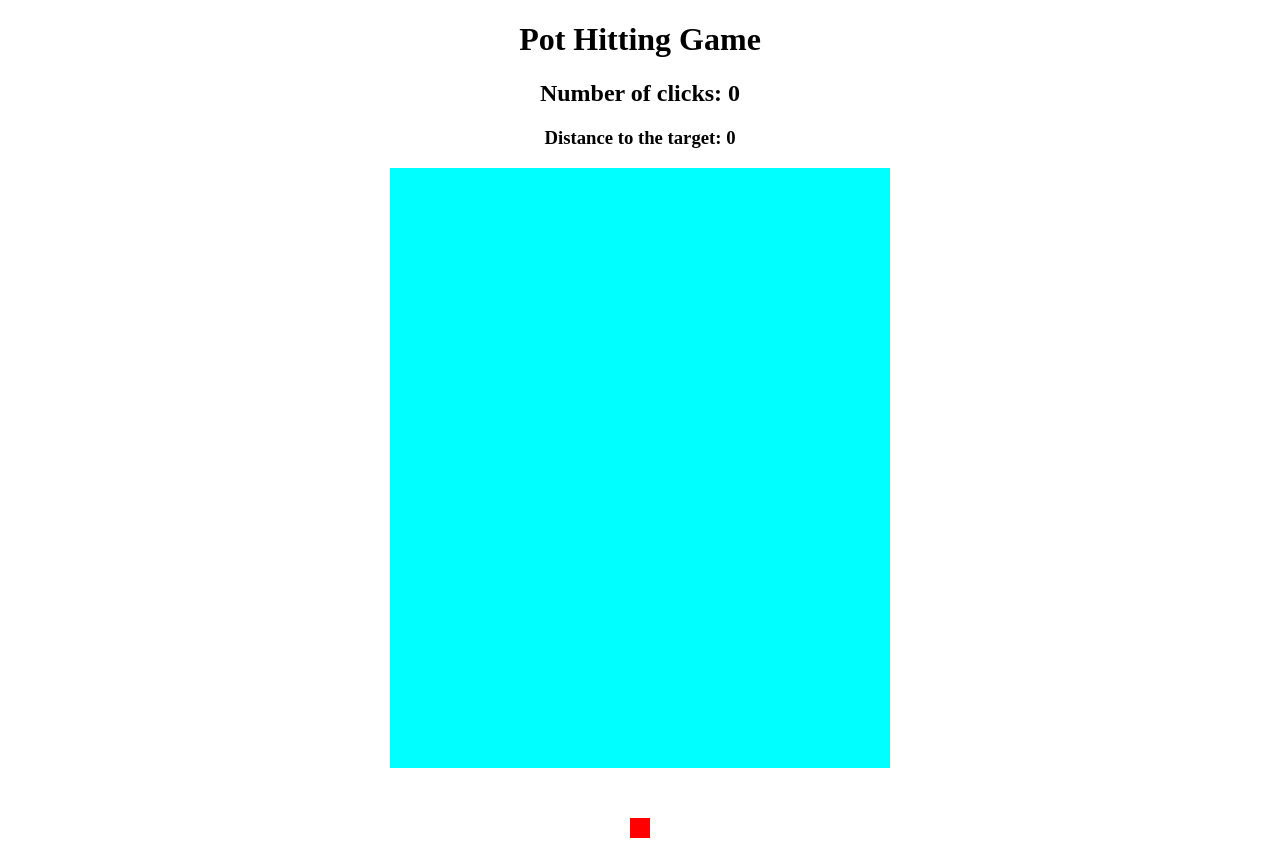
Repository: manojsatya/Web_development
Page: PotHitting_game/index.html
An editor plug-in stored every save of this project. The page is shown before and after the next save, followed by the edit.
The browser window is 1280 px wide. The pictures show the whole page.

Above is the page before, as saved 2019-06-03 15:10:34.

After the next save:
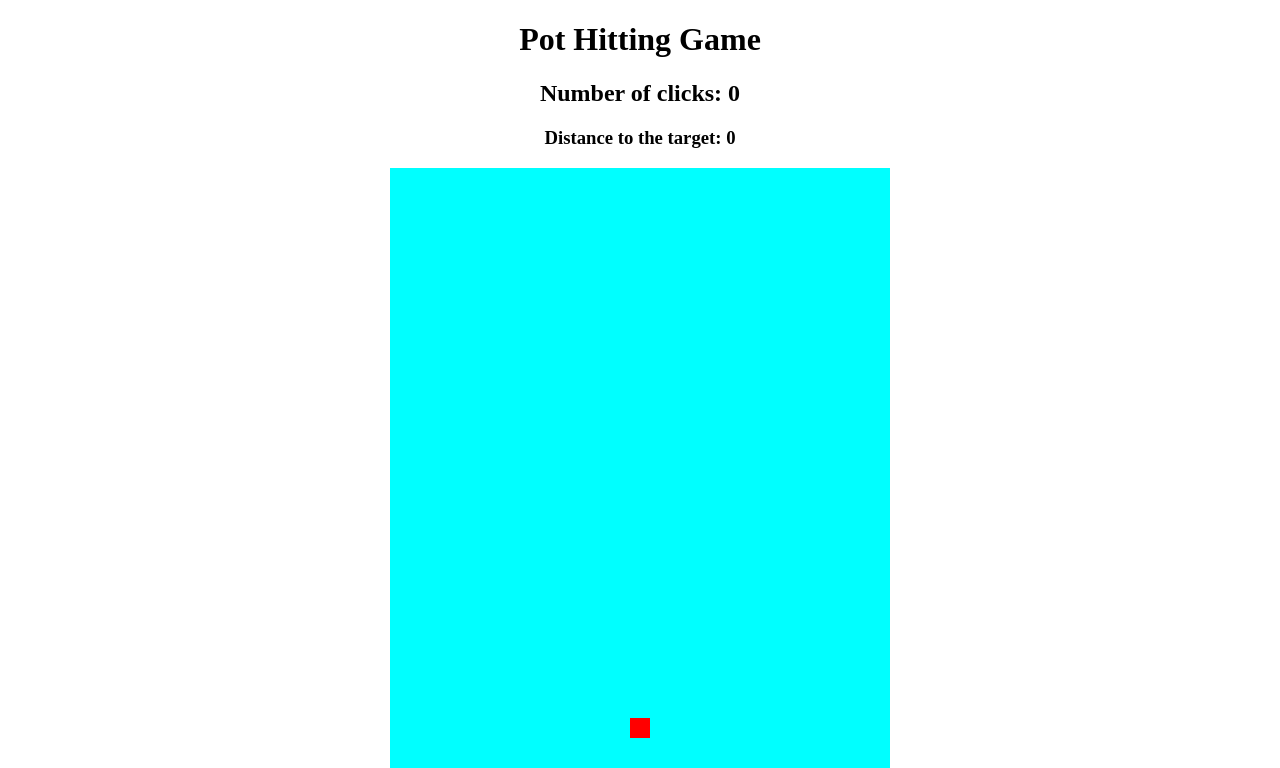
Saved 7 s later.
--- a/PotHitting_game/potplay.css
+++ b/PotHitting_game/potplay.css
@@ -24,5 +24,5 @@
     width: 20px;
     height: 20px;
     background-color: red;
-    margin-top: 50px;
+    margin-top: -50px;
 }
